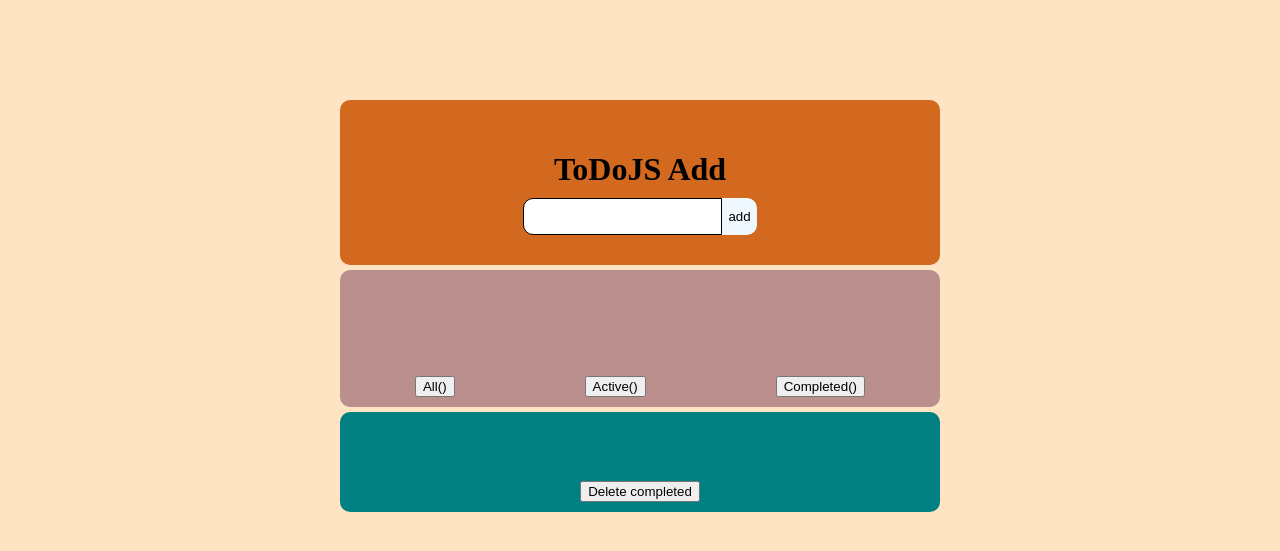
Repository: Savich01/todoTest
Page: index.html
These files come from the project's save history. The page is drawn as it stood at one moment and after the next save; the edit follows.
The browser window is 1280 px wide. The pictures show the whole page.

Above is the page before, as saved 2024-05-06 10:47:07.

### index.html
<!DOCTYPE html>
<html lang="en">
<head>
    <meta charset="UTF-8">
    <meta name="viewport" content="width=device-width, initial-scale=1.0">
    <link rel="stylesheet" href="css/style.css">
    <title>ToDO</title>
</head>
<body>
    <header class="header">
        <div class="header-block">
            <div class="header-block__sub">
                <h1 class="title">ToDoJS Add</h1>
                <form class="personal" action="#">
                    <input type="text" class="personal-input">
                    <button class="personal-btn">add</button>
                </form>
            </div>
        </div>
    </header>
     <main class="main">
        <div class="main-block">

               <ul class="main-container--list">
                <li class="main-container--list-link"></li>
               </ul>

               <ul class="main-container--list">
                <li class="main-container--list-link"></li>
               </ul>

               <ul class="main-container--list">
                <li class="main-container--list-link"></li>
               </ul>








            <div class="main-button">
                 <button class="main-btn1">All()</button>
                 <button class="main-btn2">Active()</button>
                 <button class="main-btn3">Completed()</button>
            </div>
            </div>
     </main>
     <footer class="footer">
        <div class="footer-block">
            <div class="footer-btn">
                <button class="btn">Delete completed</button>
            </div>
        </div>
     </footer>
        <script src="js/script.js"></script>
</body>
</html>

### css/style.css
ul,li {
    text-decoration: none;
    list-style: none;
}


/*------------HEADER-------------------------------------*/

body {
    max-width: 100%;
    background: #FFE4C4;
}
.header {
    margin-top: 100px;
    margin-bottom: 5px;
}
.header-block {
    max-width: 600px;
    margin: 0 auto;
    background: #D2691E;
    border-radius: 10px;
}
 .header-block__sub {
    display: flex;
    flex-direction: column;
    justify-content: center;
    align-items: center;
    padding: 30px 0px;
 }

 .title {
    margin-bottom: 10px;
 }

 .personal {
    display: flex;
    justify-content: center;
 }

 .personal-input{
    padding: 10px;
    border: 1px solid #000;
    border-radius: 10px 0px 0px 10px;
 }
.personal-btn {
    border: none;
    background-color: aliceblue;
    border-radius: 0px 10px 10px 0px;
    cursor: pointer;
}
/*------------------MAIN-------------------------------------*/

.main-block {
   max-width: 600px;
   margin: 0 auto;
   background: #BC8F8F;
   min-height: 70px;
   border-radius: 10px;
   display:flex;
   flex-direction: column;
   justify-content: space-between;
   margin-bottom: 5px;
}

.main-block--list{
    display: flex;
    align-items: center;
    justify-content: center;
    padding-right: 47px;
}

.main-block--list-link{
    display: flex;
    align-items: center;
}

.main-block--text{
    margin-left: 10px;
}

.checkbox-active{
    width: 20px;
    height: 17px;
}

.main-block--text{
    transform: translateY(1px);
}

.main-list{
  padding: 0px 30px;
}
.main-list--link{
  display: flex;
  align-items: center;
  justify-content: space-between;
  margin-bottom: 15px;
  padding: 10px;
  background-color: #FFE4C4;
}



























.main-button {
    padding: 10px;
    display: flex;
    align-items: flex-end;
    justify-content: space-around
}

/* .main-container {
    background: rgba(183, 231, 62, 0.699);
    border-radius: 20px;
    margin: 15px;
    /* display: none; */
/* } */

/* .main-container--list{
    background-color: #20B2AA;
    border-radius: 10px;
    margin: 25px;
    display: flex;
    align-items: center;
    justify-content: space-between;
} */

/* .main-container--list-link {
    padding: 10px;
    display: flex;
    align-items: center;
    justify-content: space-between;
} */
/* .main-checked{
    width: 20px;
    height: 16px;
    cursor: pointer;
} */
/* .main-text{
    display: inline-block;
    margin-left: 15px;
    transform: translateY(1px);
} */
/* .main--list-btn{
    min-width: 20px;
    max-width: 23px;
    background: #FFFFE0;
    align-items: center;
    margin-right: 25px;
    cursor: pointer;
    border: none;
    background: #B22222;
} */
/*--------------*/

/*--------------*/


/*------------------FOOTER--------------------------------------------------*/

.footer-block {
    max-width: 600px;
    margin: 0 auto;
    background: #008080;
    height: 100px;
    border-radius: 10px;
    display: flex;
    align-items: flex-end;
    justify-content: space-around;
}
.footer-btn {
    padding: 10px;
}

Loaded but not shown: js/script.js (no copy from this time; the picture is the same without it)

After the next save:
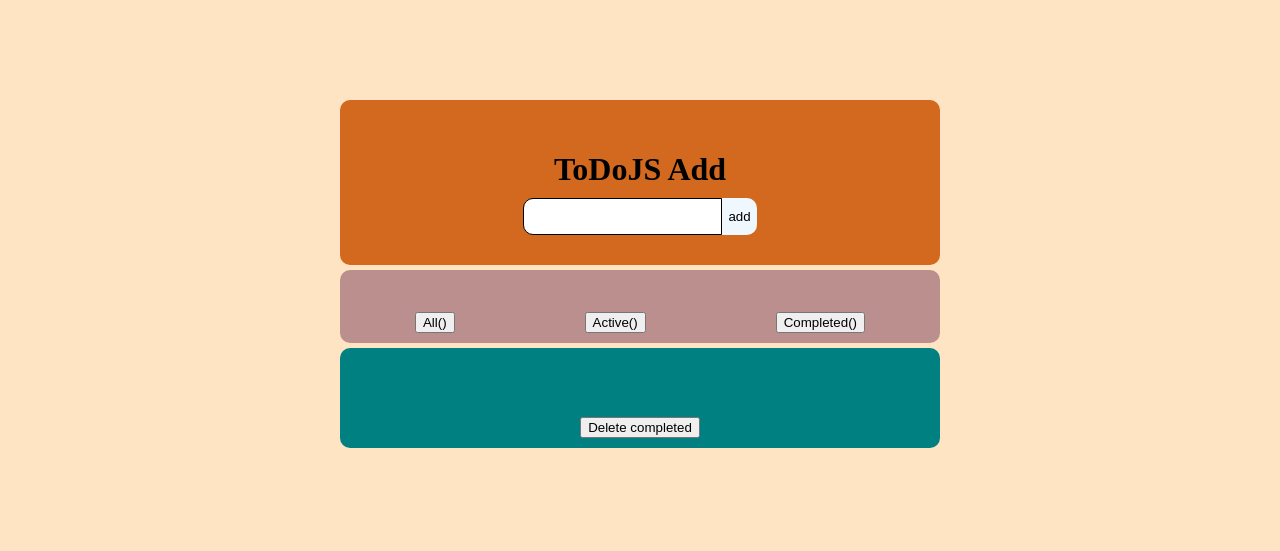
Saved 10 s later.
--- a/index.html
+++ b/index.html
@@ -25,16 +25,6 @@
                 <li class="main-container--list-link"></li>
                </ul>
 
-               <ul class="main-container--list">
-                <li class="main-container--list-link"></li>
-               </ul>
-
-               <ul class="main-container--list">
-                <li class="main-container--list-link"></li>
-               </ul>
-
-
-
 
 
 
